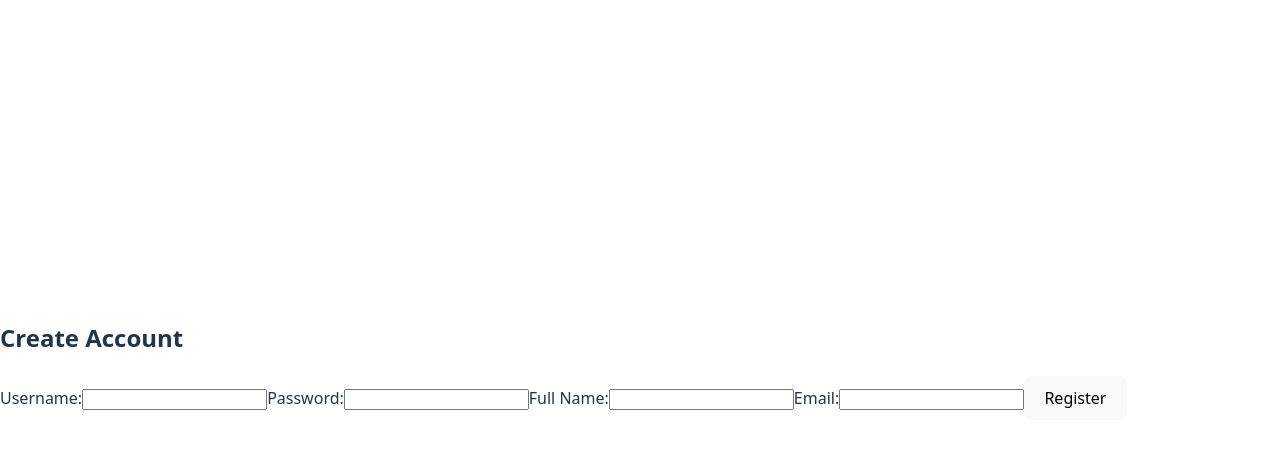
Repository: skanderch/Asmodeus
Page: /register (app in asmodeus/)
These files come from the project's save history. The page is drawn as it stood at one moment and after the next save; the edit follows.
The browser window is 1280 px wide. The pictures show the whole page.
The project was rebuilt for these pictures with package versions that can differ from the ones it lists, and the page was loaded fresh each time. Also part of the build but not shown: asmodeus/vite.config.js, asmodeus/src/pages/Home.jsx, asmodeus/src/pages/Login.jsx, asmodeus/src/pages/Dashboard.jsx, asmodeus/src/pages/Register.css.

Above is the page before, as saved 2025-10-13 14:00:34.

After the next save:
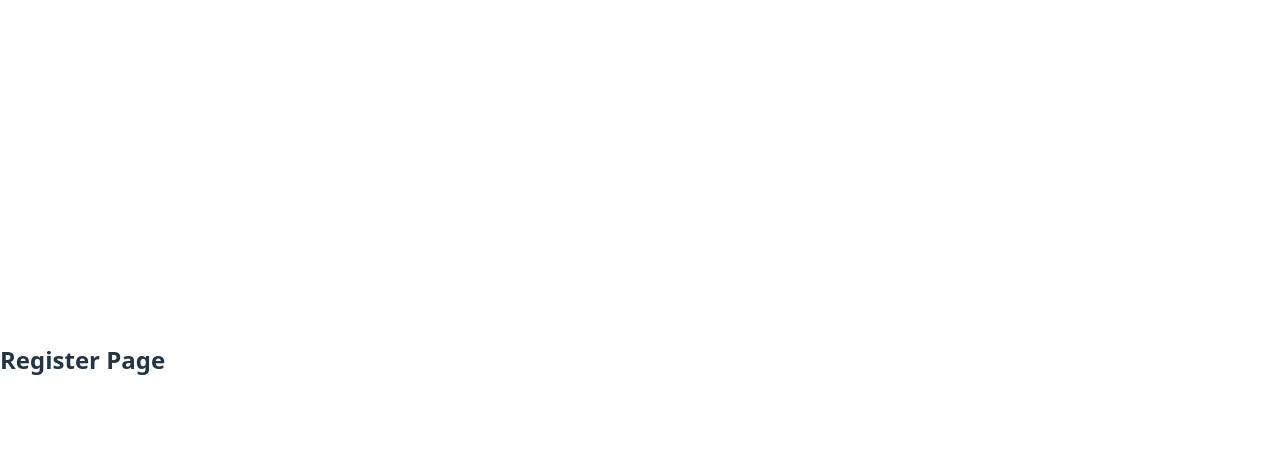
Saved 6 min 55 s later.
--- a/asmodeus/src/pages/Register.jsx
+++ b/asmodeus/src/pages/Register.jsx
@@ -1,5 +1,4 @@
 import React, { useState } from "react";
-import "./Register.css";
 
 function Register() {
   const [formData, setFormData] = useState({
@@ -9,90 +8,9 @@
     email: "",
   });
 
-  const [message, setMessage] = useState(""); // For success or error feedback
-  const [loading, setLoading] = useState(false);
-
-  const handleChange = (e) => {
-    setFormData({ ...formData, [e.target.name]: e.target.value });
-  };
-
-  const handleSubmit = async (e) => {
-    e.preventDefault();
-    setLoading(true);
-    setMessage("");
-
-    try {
-      const response = await fetch("http://localhost:5000/api/users/register", {
-        method: "POST",
-        headers: { "Content-Type": "application/json" },
-        body: JSON.stringify(formData),
-      });
-
-      const data = await response.json();
-
-      if (response.ok) {
-        setMessage("✅ Account created successfully! You can now log in.");
-        setFormData({
-          username: "",
-          password_hash: "",
-          full_name: "",
-          email: "",
-        });
-      } else {
-        setMessage(`❌ Error: ${data.message || "Registration failed."}`);
-      }
-    } catch (err) {
-      console.error("Registration error:", err);
-      setMessage("⚠️ Unable to connect to server.");
-    }
-
-    setLoading(false);
-  };
-
   return (
-    <div className="register-container">
-      <h2>Create Account</h2>
-      <form onSubmit={handleSubmit}>
-        <label>Username:</label>
-        <input
-          type="text"
-          name="username"
-          value={formData.username}
-          onChange={handleChange}
-          required
-        />
-
-        <label>Password:</label>
-        <input
-          type="password"
-          name="password_hash"
-          value={formData.password_hash}
-          onChange={handleChange}
-          required
-        />
-
-        <label>Full Name:</label>
-        <input
-          type="text"
-          name="full_name"
-          value={formData.full_name}
-          onChange={handleChange}
-        />
-
-        <label>Email:</label>
-        <input
-          type="email"
-          name="email"
-          value={formData.email}
-          onChange={handleChange}
-        />
-
-        <button type="submit" disabled={loading}>
-          {loading ? "Registering..." : "Register"}
-        </button>
-
-        {message && <p className="message">{message}</p>}
-      </form>
+    <div>
+      <h2>Register Page</h2>
     </div>
   );
 }

After the save that followed:
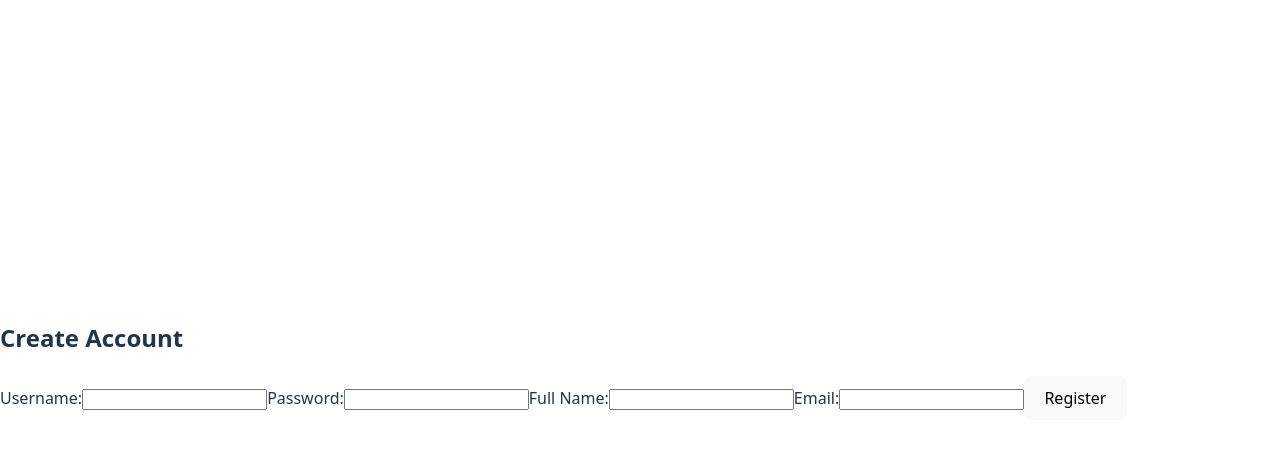
Saved 77 s later.
--- a/asmodeus/src/pages/Register.jsx
+++ b/asmodeus/src/pages/Register.jsx
@@ -1,6 +1,8 @@
 import React, { useState } from "react";
+import "./Register.css";
 
 function Register() {
+  // Form state
   const [formData, setFormData] = useState({
     username: "",
     password_hash: "",
@@ -8,9 +10,102 @@
     email: "",
   });
 
+  // UI feedback
+  const [message, setMessage] = useState("");
+  const [loading, setLoading] = useState(false);
+
+  // Handle input change
+  const handleChange = (e) => {
+    setFormData({
+      ...formData,
+      [e.target.name]: e.target.value,
+    });
+  };
+
+  // Handle form submission
+  const handleSubmit = async (e) => {
+    e.preventDefault();
+    setLoading(true);
+    setMessage("");
+
+    try {
+      const response = await fetch("http://localhost:5000/api/users/register", {
+        method: "POST",
+        headers: { "Content-Type": "application/json" },
+        body: JSON.stringify({
+          ...formData,
+          role_id: 4, // Viewer role ID
+          status: "active",
+          module_id: null,
+        }),
+      });
+
+      const data = await response.json();
+
+      if (response.ok) {
+        setMessage("✅ Account created successfully! You can now log in.");
+        setFormData({
+          username: "",
+          password_hash: "",
+          full_name: "",
+          email: "",
+        });
+      } else {
+        setMessage(`❌ Error: ${data.message || "Registration failed."}`);
+      }
+    } catch (error) {
+      console.error("Registration error:", error);
+      setMessage("⚠️ Unable to connect to the server.");
+    } finally {
+      setLoading(false);
+    }
+  };
+
   return (
-    <div>
-      <h2>Register Page</h2>
+    <div className="register-container">
+      <h2>Create Account</h2>
+
+      <form onSubmit={handleSubmit}>
+        <label>Username:</label>
+        <input
+          type="text"
+          name="username"
+          value={formData.username}
+          onChange={handleChange}
+          required
+        />
+
+        <label>Password:</label>
+        <input
+          type="password"
+          name="password_hash"
+          value={formData.password_hash}
+          onChange={handleChange}
+          required
+        />
+
+        <label>Full Name:</label>
+        <input
+          type="text"
+          name="full_name"
+          value={formData.full_name}
+          onChange={handleChange}
+        />
+
+        <label>Email:</label>
+        <input
+          type="email"
+          name="email"
+          value={formData.email}
+          onChange={handleChange}
+        />
+
+        <button type="submit" disabled={loading}>
+          {loading ? "Registering..." : "Register"}
+        </button>
+
+        {message && <p className="message">{message}</p>}
+      </form>
     </div>
   );
 }
